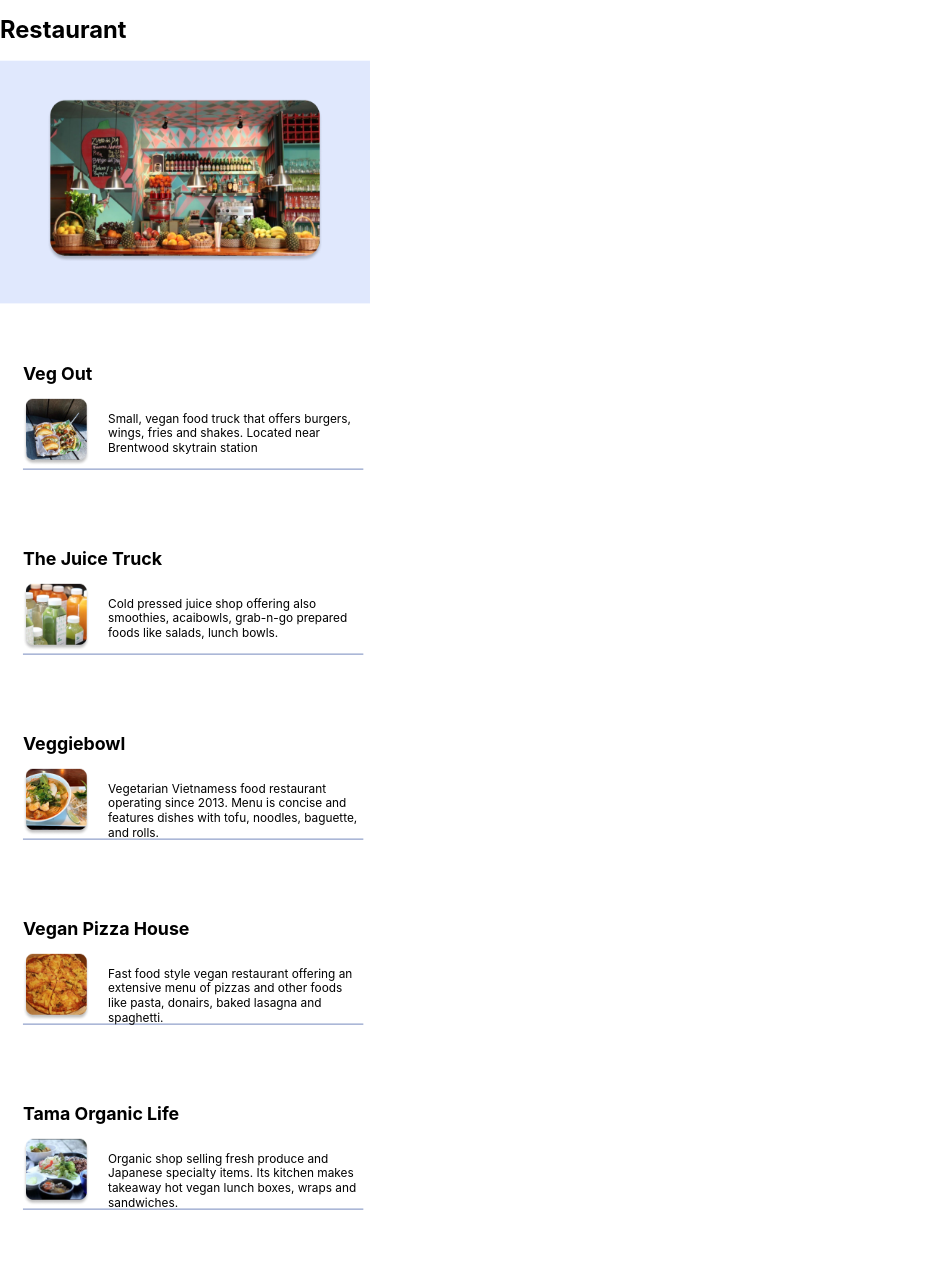
Repository: Kinakopan/design_mindfulEating_site
Page: /restaurant (app in firstapp/)
An editor plug-in stored every save of this project. The page is shown before and after a run of saves, followed by the edit.
The browser window is 1280 px wide. The pictures show the whole page, at 74% of full size.
The project was rebuilt for these pictures with package versions that can differ from the ones it lists, and the page was loaded fresh each time. The framework's server and built-in components were replaced by stand-ins that run in the browser. Also part of the build but not shown: firstapp/next.config.js.

Above is the page before, as saved 2022-04-21 13:55:58.

After the next 6 saves:
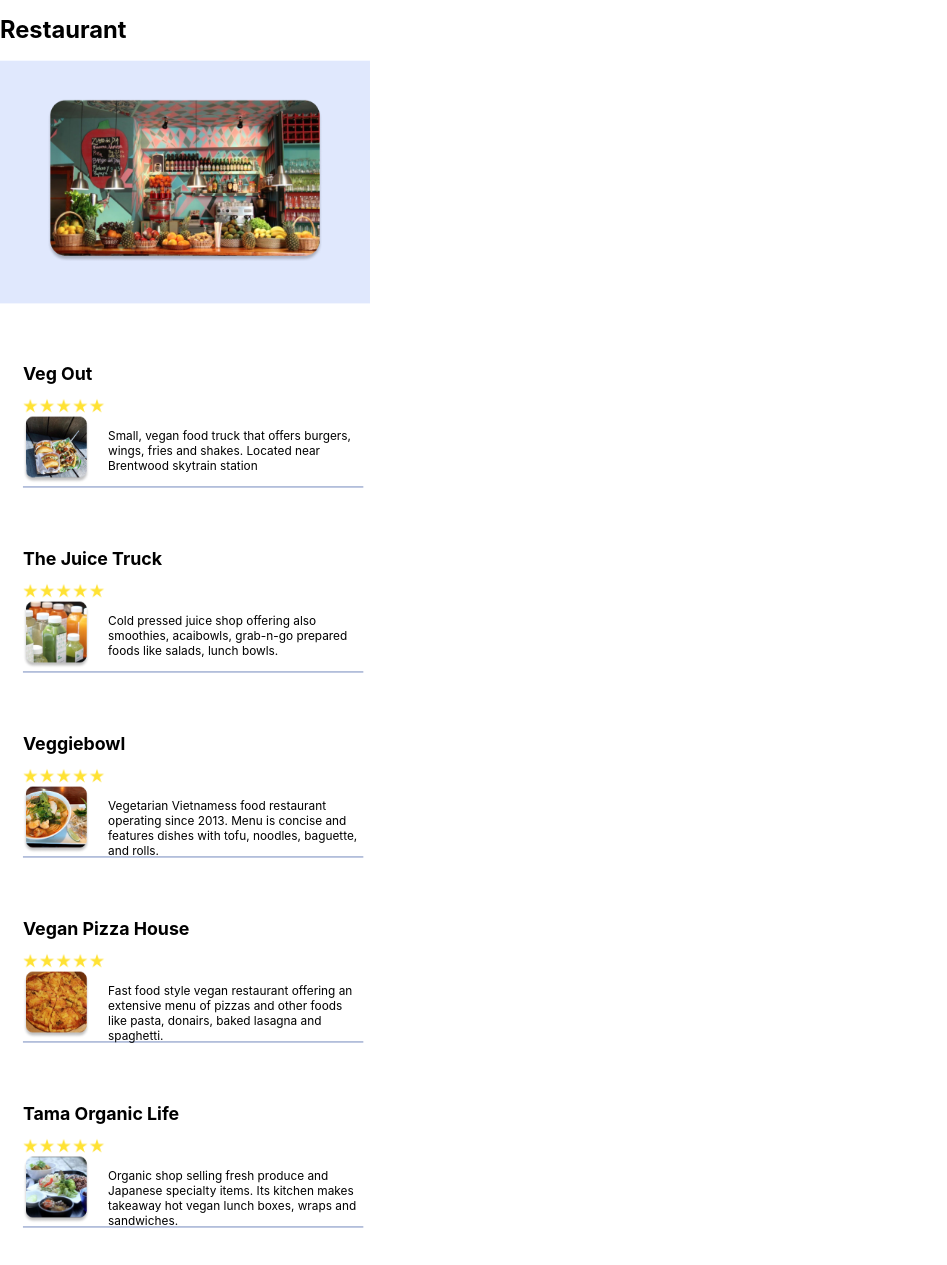
The 6 saves are shown as one change because 5 did not build or start.
The last was saved 100 s later.
--- a/firstapp/comps/RestaurantCard.js
+++ b/firstapp/comps/RestaurantCard.js
@@ -46,23 +46,18 @@ width:250px;
 ;
 
 const Image = styled.img`
+`
+
+
+const Button = styled.img`
 top:100px;
 background-color:"red";
 height:20px;
-
 `
-
-
-//const Button = styled.img`
-//top:100px;
-//background-color:"red";
-//height:20px;
-//`
 
 
 export default function RestaurantCard({
     img="/veg out.png",
-
     bg="#E0E8FD",
     h2="Veg Out",
     txt="Small, vegan food truck that offers burgers, wings, fries and shakes. Located near Brentwood skytrain station",
@@ -73,7 +68,7 @@ export default function RestaurantCard({
     return <ReCont
     cl={bg} txt={txt}>
     <Title>{h2}</Title>
-
+    <Button img src="/start rating.png"></Button>
     <ResItem>
 
         <ReImg src={img}></ReImg>
